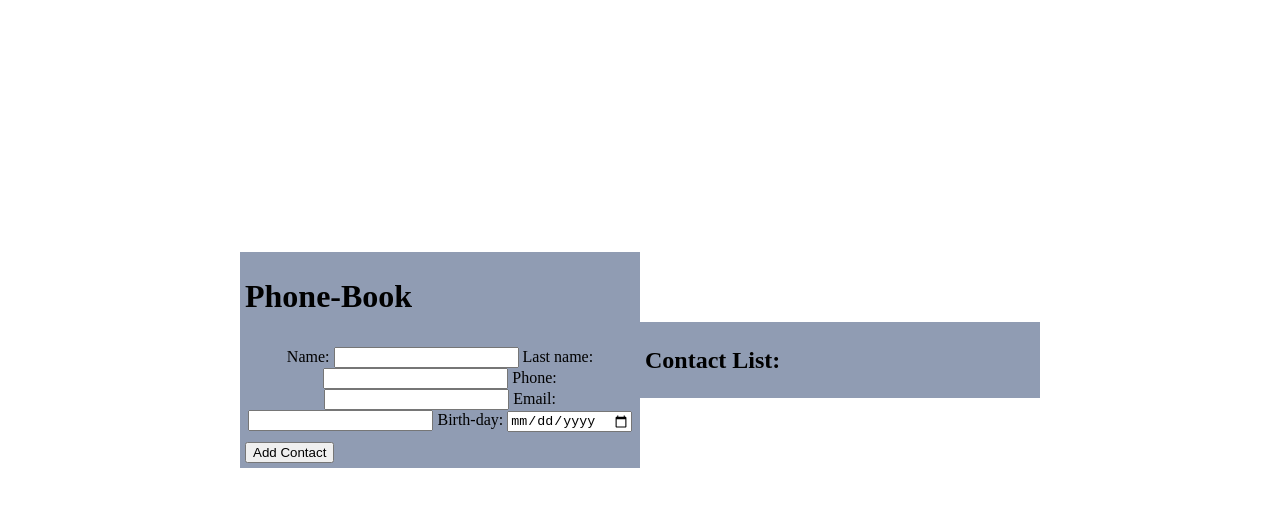
Repository: STA1357/Phone-book
Page: Inner.html
These files come from the project's save history. The page is drawn as it stood at one moment and after the next save; the edit follows.
The browser window is 1280 px wide. The pictures show the whole page.

Above is the page before, as saved 2020-12-10 11:22:17.

After the next save:
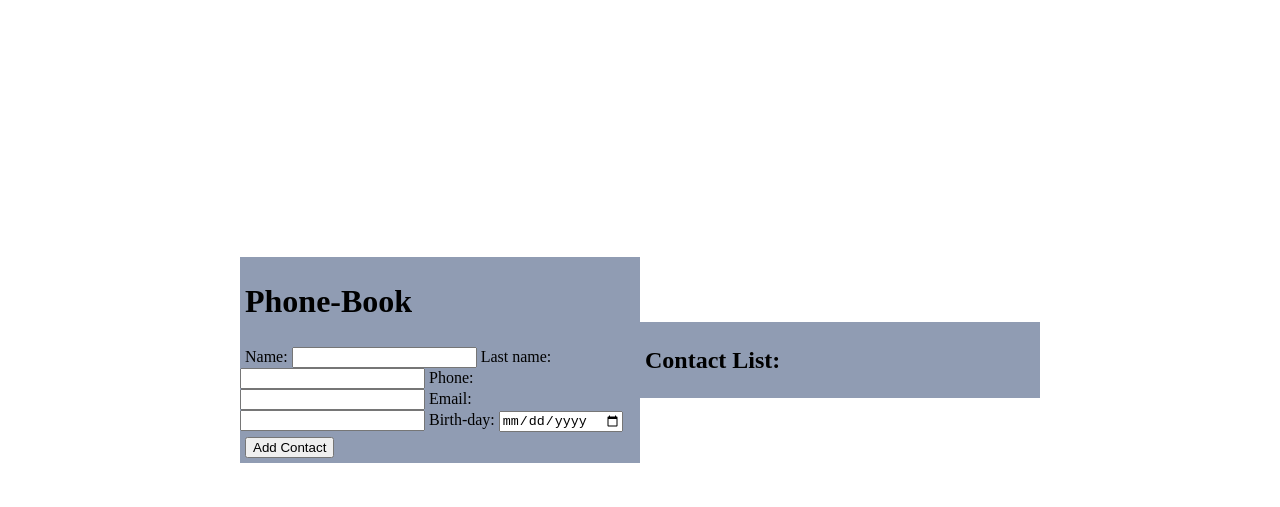
Saved 11 s later.
--- a/styles.css
+++ b/styles.css
@@ -22,7 +22,7 @@
 
 .container{
     text-align: center;
-    display: inline-block;
+    display: inline;
 }
 
 .list-container{

After the save that followed:
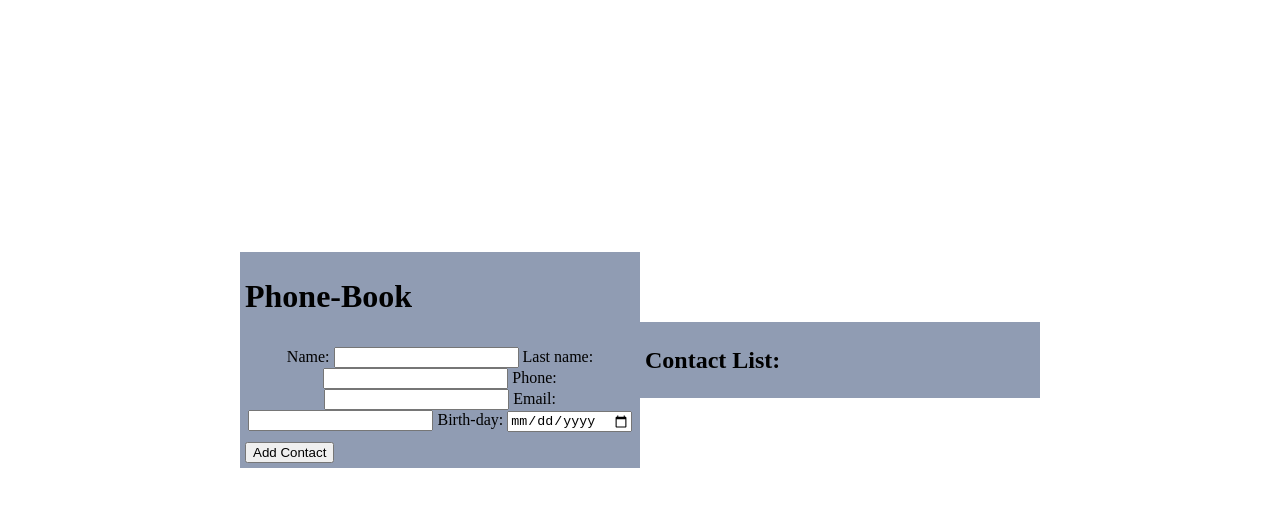
Saved 14 s later.
--- a/styles.css
+++ b/styles.css
@@ -22,7 +22,7 @@
 
 .container{
     text-align: center;
-    display: inline;
+    display: block;
 }
 
 .list-container{
